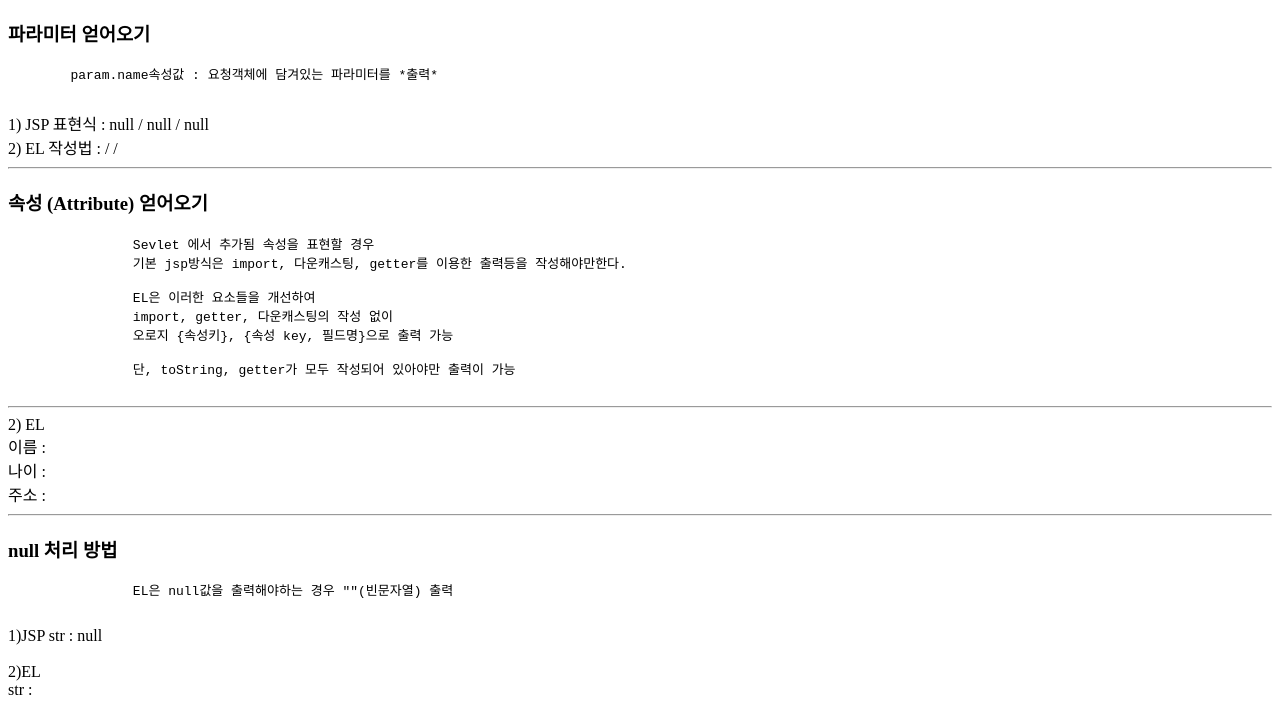
Repository: Seenee-Shin/servlet-jsp
Page: http://localhost/JSPProject/WEB-INF/views/EL/result.jsp
These files come from the project's save history. The page is drawn as it stood at one moment and after the next save; the edit follows.
The browser window is 1280 px wide. The pictures show the whole page.
The page is served by Tomcat 9. Nobody is signed in. The template is opened directly, without the code that normally fills it, so the values that code supplies are empty.

Above is the page before, as saved 2021-11-29 07:07:46.

After the next save:
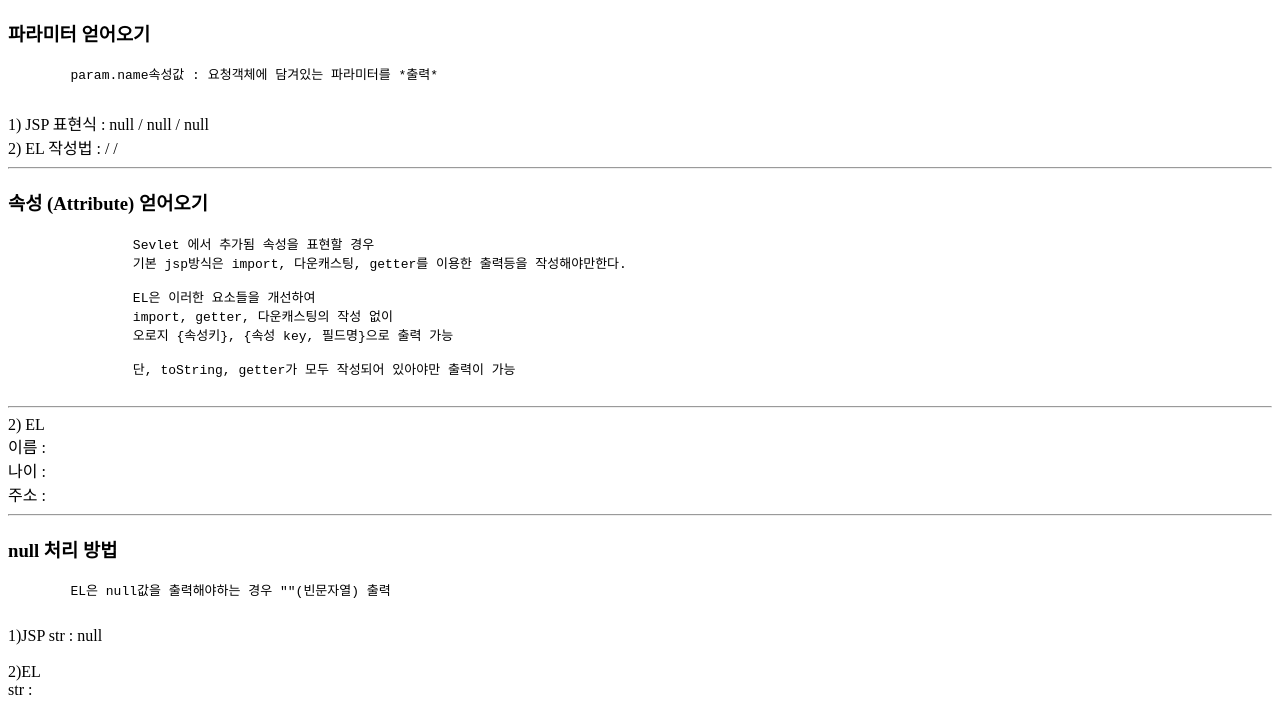
Saved 10 s later.
--- a/JSPProject/src/main/webapp/WEB-INF/views/EL/result.jsp
+++ b/JSPProject/src/main/webapp/WEB-INF/views/EL/result.jsp
@@ -54,7 +54,7 @@
 	<hr>
 	<h3>null 처리 방법</h3>
 	<pre>
-		EL은 null값을 출력해야하는 경우 ""(빈문자열) 출력
+	EL은 null값을 출력해야하는 경우 ""(빈문자열) 출력
 	</pre>
 	1)JSP
 	<% String str = request.getParameter("str"); %>
